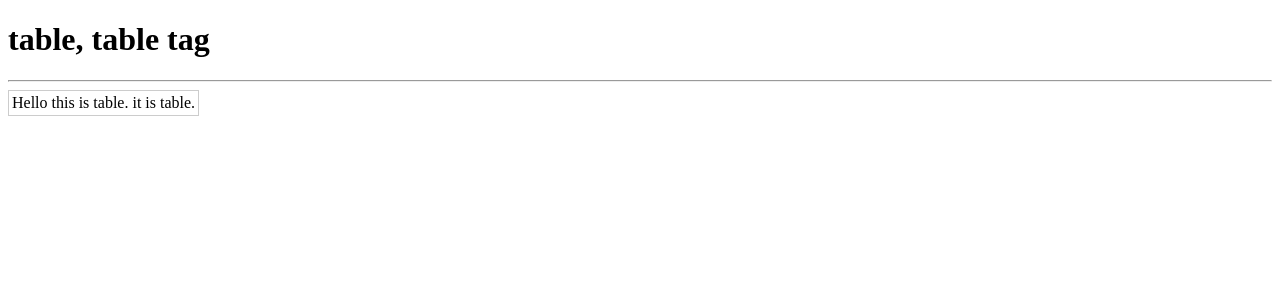
Repository: jihoonys82/weblec
Page: Front/WebContent/Ex01_HTML_tag/tagEx_05.html
These files come from the project's save history. The page is drawn as it stood at one moment and after the next save; the edit follows.
The browser window is 1280 px wide. The pictures show the whole page.

Above is the page before, as saved 2018-07-23 11:11:00.

After the next save:
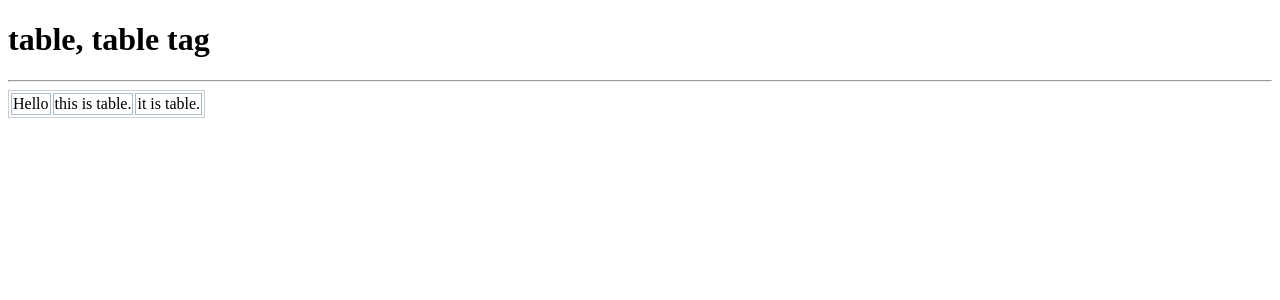
Saved 42 s later.
--- a/Front/WebContent/Ex01_HTML_tag/tagEx_05.html
+++ b/Front/WebContent/Ex01_HTML_tag/tagEx_05.html
@@ -8,6 +8,10 @@
 table {
 	border: 1px solid #ccc;
 }
+
+td {
+	border: 1px solid #ABC;
+ }
 </style>
 
 </head>
